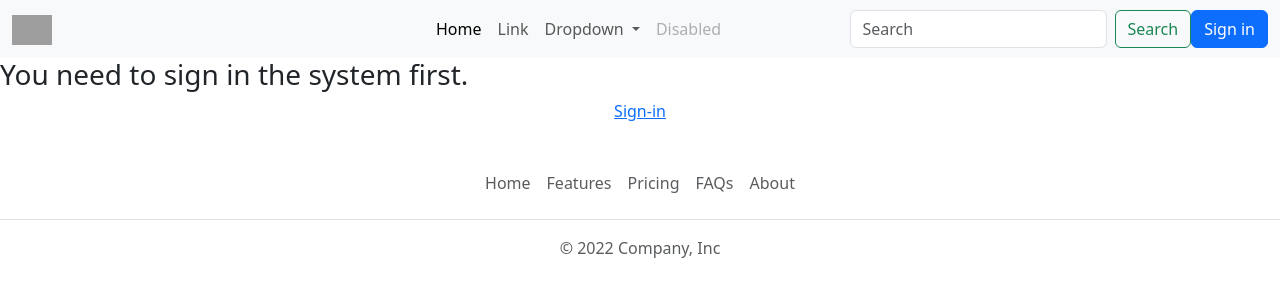
Repository: nguyenducviet22/my-project
Page: http://localhost/Test/changePassword.jsp
The author's editor kept a copy of each file at every save. The page is drawn from the files as they stood at one save, then again after the next save.
The browser window is 1280 px wide. The pictures show the whole page.
Pictures or frames that could not be fetched are drawn as grey boxes. The page is served by Tomcat 9. Nobody is signed in. The application's start-up code is not run. Other server files are loaded and not shown. The template is opened directly, without the code that normally fills it, so the values that code supplies are empty.

Above is the page before, as saved 2023-03-16 06:03:15.

### Test/src/main/webapp/changePassword.jsp
<%@ page language="java" contentType="text/html; charset=UTF-8"
	pageEncoding="UTF-8"%>
<%@ taglib prefix="c" uri="http://java.sun.com/jsp/jstl/core"%>
<!DOCTYPE html>
<html>
<head>
<meta charset="UTF-8">
<title>Change password</title>
<link
	href="https://cdn.jsdelivr.net/npm/bootstrap@5.3.0-alpha1/dist/css/bootstrap.min.css"
	rel="stylesheet"
	integrity="sha384-GLhlTQ8iRABdZLl6O3oVMWSktQOp6b7In1Zl3/Jr59b6EGGoI1aFkw7cmDA6j6gD"
	crossorigin="anonymous">
<script
	src="https://cdn.jsdelivr.net/npm/@popperjs/core@2.11.6/dist/umd/popper.min.js"
	integrity="sha384-oBqDVmMz9ATKxIep9tiCxS/Z9fNfEXiDAYTujMAeBAsjFuCZSmKbSSUnQlmh/jp3"
	crossorigin="anonymous"></script>
<script
	src="https://cdn.jsdelivr.net/npm/bootstrap@5.3.0-alpha1/dist/js/bootstrap.min.js"
	integrity="sha384-mQ93GR66B00ZXjt0YO5KlohRA5SY2XofN4zfuZxLkoj1gXtW8ANNCe9d5Y3eG5eD"
	crossorigin="anonymous"></script>
</head>
<style type="text/css">
.red {
	color: red;
}
</style>
<body>
	<!-- Narvar -->
	<%@include file="header.jsp"%>
	<!-- End Narvar -->
	<c:if test="${account == null }">
		<h3>You need to sign in the system first.</h3>
		<div class="text-center">
			<a href="signIn.jsp">Sign-in</a>
		</div>
	</c:if>
	<c:if test="${account != null }">
		<div class="container">
			<form class="form" action="account-controller" method="post">
				<input type="hidden" name="act" value="change-password">
				<div class="text-center">
					<h1>Change password</h1>
				</div>
				<div class="text-center">
					<span class="red">${error }</span>
				</div>
				<!-- Old password -->
				<div class="mb-3">
					<label for="oldPassword" class="form-label">Enter old
						password</label> <input type="password" class="form-control"
						id="oldPassword" name="oldPass" required="required"
						placeholder="Enter old password">
				</div>
				<!-- New password1 -->
				<div class="mb-3">
					<label for="newPassword" class="form-label">Enter new
						password</label> <input type="password" class="form-control"
						id="newPassword" name="newPass" required="required"
						placeholder="Enter new password">
				</div>
				<!-- New password2 -->
				<div class="mb-3">
					<label for="newRepassword" class="form-label">Re-enter new
						password</label> <input type="password" class="form-control"
						id="newRepassword" name="newRepass" required="required"
						placeholder="Re-enter new password">
				</div>
				<div class="text-center">
					<button type="submit" value="Sign-in" class="btn btn-primary">Save</button>
				</div>
			</form>
		</div>
	</c:if>
	<!-- Footer -->
	<%@include file="footer.jsp"%>
	<!-- End Footer -->
</body>
</html>

### Test/src/main/webapp/header.jsp
<%@ page language="java" contentType="text/html; charset=UTF-8"
	pageEncoding="UTF-8"%>
<%@ taglib prefix="c" uri="http://java.sun.com/jsp/jstl/core"%>
<!-- Narvar -->
<nav class="navbar navbar-expand-lg bg-body-tertiary">
	<div class="container-fluid">
		<a class="navbar-brand" href="#"> <img alt="Fashion"
			src="https://tse4.mm.bing.net/th?id=OIP.ZbP3SFRdKs9-9OwxsS1ymQHaHa&pid=Api&P=0"
			style="width: 10%">
		</a>
		<button class="navbar-toggler" type="button" data-bs-toggle="collapse"
			data-bs-target="#navbarSupportedContent"
			aria-controls="navbarSupportedContent" aria-expanded="false"
			aria-label="Toggle navigation">
			<span class="navbar-toggler-icon"></span>
		</button>
		<div class="collapse navbar-collapse" id="navbarSupportedContent">
			<ul class="navbar-nav me-auto mb-2 mb-lg-0">
				<li class="nav-item"><a class="nav-link active"
					aria-current="page" href="home">Home</a></li>
				<li class="nav-item"><a class="nav-link" href="#">Link</a></li>
				<li class="nav-item dropdown"><a
					class="nav-link dropdown-toggle" href="#" role="button"
					data-bs-toggle="dropdown" aria-expanded="false"> Dropdown </a>
					<ul class="dropdown-menu">
						<li><a class="dropdown-item" href="#">Action</a></li>
						<li><a class="dropdown-item" href="#">Another action</a></li>
						<li><hr class="dropdown-divider"></li>
						<li><a class="dropdown-item" href="#">Something else here</a></li>
					</ul></li>
				<li class="nav-item"><a class="nav-link disabled">Disabled</a>
				</li>
			</ul>
			<form action="search" method="post" class="d-flex" role="search">
				<input class="form-control me-2" type="search" placeholder="Search"
					aria-label="Search" name="txt" value="${searchValue}">
				<button class="btn btn-outline-success" type="submit">Search</button>
				<c:if test="${account == null }">
					<a class="btn btn-primary" style="white-space: nowrap;"
						href="signIn.jsp">Sign in</a>
				</c:if>
				<c:if test="${account != null }">
					<div class="form-control ml-1">
						<!-- Dropdown -->
						<ul class="navbar-nav me-auto mb-2 mb-lg-0">
							<li class="nav-item dropdown dropstart"><a
								class="nav-link dropdown-toggle" href="#" role="button"
								data-bs-toggle="dropdown" aria-expanded="false">My account</a>
								<ul class="dropdown-menu">
									<li><a class="dropdown-item" href="#">My cart</a></li>
									<li><a class="dropdown-item" href="#">Notification</a></li>
									<li><a class="dropdown-item" href="changeInfo.jsp">Info</a></li>
									<li><a class="dropdown-item" href="changePassword.jsp">Change
											password</a></li>
									<li><hr class="dropdown-divider"></li>
									<li><a class="dropdown-item"
										href="account-controller?act=sign-out&">Sign out</a></li>
								</ul></li>
						</ul>
					</div>
				</c:if>
			</form>
		</div>
	</div>
</nav>
<!-- End Narvar -->

### Test/src/main/webapp/footer.jsp
<%@ page language="java" contentType="text/html; charset=UTF-8"
	pageEncoding="UTF-8"%>
<!-- Footer -->
<footer class="py-3 my-4">
	<ul class="nav justify-content-center border-bottom pb-3 mb-3">
		<li class="nav-item"><a href="#" class="nav-link px-2 text-muted">Home</a></li>
		<li class="nav-item"><a href="#" class="nav-link px-2 text-muted">Features</a></li>
		<li class="nav-item"><a href="#" class="nav-link px-2 text-muted">Pricing</a></li>
		<li class="nav-item"><a href="#" class="nav-link px-2 text-muted">FAQs</a></li>
		<li class="nav-item"><a href="#" class="nav-link px-2 text-muted">About</a></li>
	</ul>
	<p class="text-center text-muted">© 2022 Company, Inc</p>
</footer>
<!-- End Footer -->

After the next save:
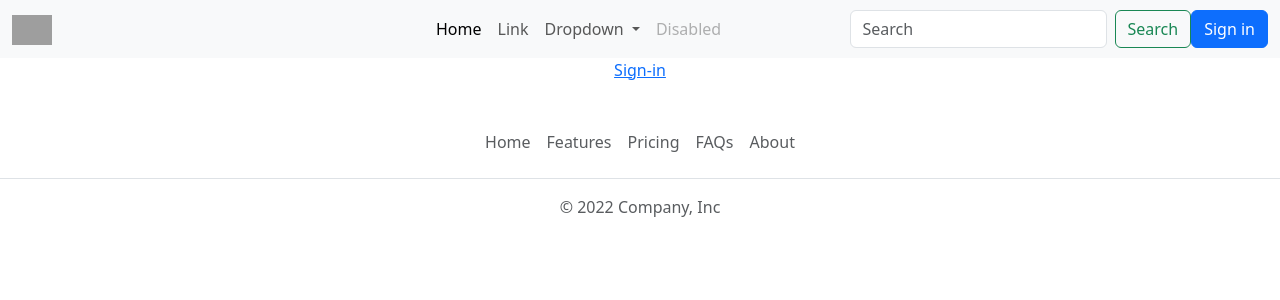
Saved 23 min 48 s later.
--- a/Test/src/main/webapp/changePassword.jsp
+++ b/Test/src/main/webapp/changePassword.jsp
@@ -30,7 +30,7 @@
 	<%@include file="header.jsp"%>
 	<!-- End Narvar -->
 	<c:if test="${account == null }">
-		<h3>You need to sign in the system first.</h3>
+
 		<div class="text-center">
 			<a href="signIn.jsp">Sign-in</a>
 		</div>
